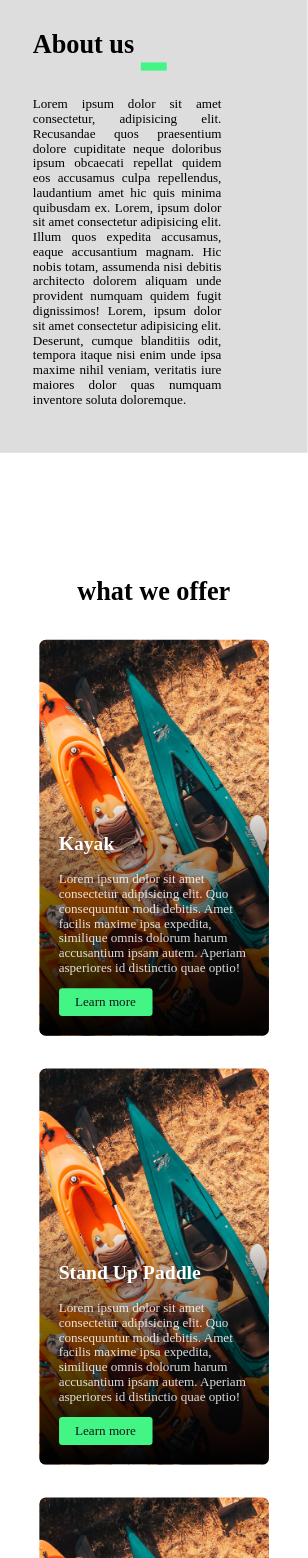
Repository: joseluis2289/Responsive-club-website
Page: index.html
These files come from the project's save history. The page is drawn as it stood at one moment and after a run of saves; the edit follows.
The browser window is 375 px wide. The pictures show the part of the page from y = 1605 to 3505 px (the page is 4763 px tall), at 82% of full size.

Above is the page before, as saved 2021-08-24 13:36:22.

After the next 2 saves:
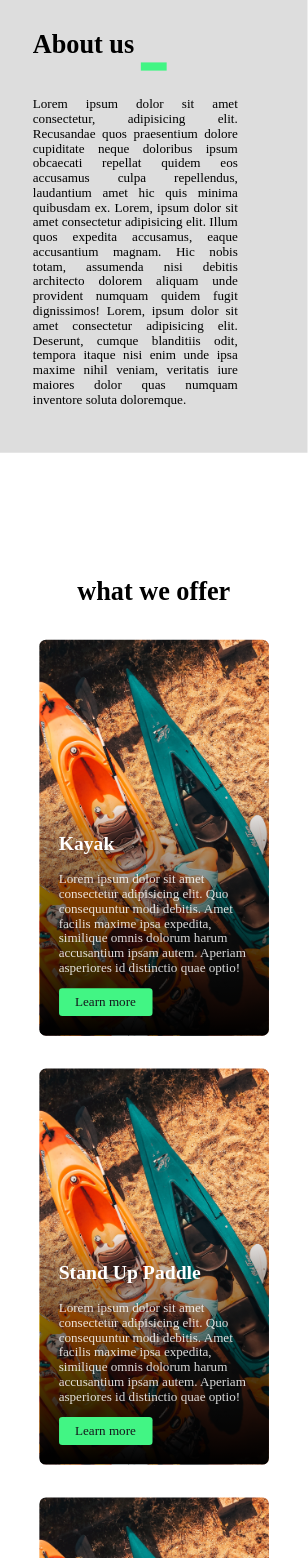
The 2 saves are shown as one change because they came seconds apart.
The last was saved 18 s later.
--- a/style.css
+++ b/style.css
@@ -418,7 +418,7 @@ input#submit{
     .aboutUs-text{
         text-align: justify;
         text-justify: inter-word;
-        width: 250px;
+        width: 270px;
         padding: 10px;
 
     }
